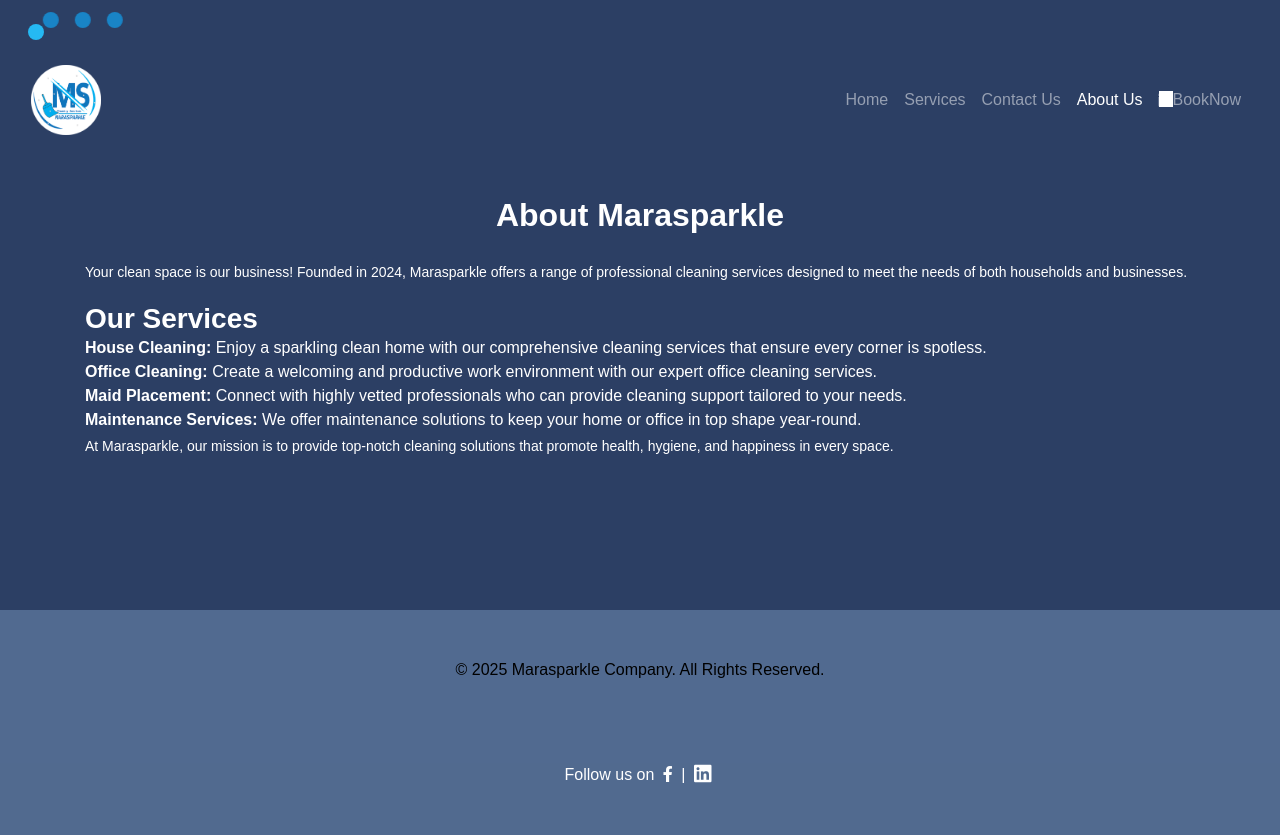
Repository: guineveretim/sparkle
Page: http://localhost/about/
An editor plug-in stored every save of this project. The page is shown before and after the next save, followed by the edit.
The browser window is 1280 px wide. The pictures show the whole page.
The page is served by the project's application, run on Django 5.2 (manage.py). Other server files are loaded and not shown.

Above is the page before, as saved 2025-03-26 14:27:17.

### templates/application/about.html
{% load static%}
<!DOCTYPE html>
<html lang="en">

<head>
    <meta charset="utf-8">
    <meta name="viewport" content="width=device-width, initial-scale=1, shrink-to-fit=no">


    <title>{% block title %}Marasparkle{% endblock %}</title>

     <!-- Font Awesome CDN -->
    <link rel="stylesheet" href="https://cdnjs.cloudflare.com/ajax/libs/font-awesome/6.0.0-beta3/css/all.min.css">

    <!--Google fomts-->
    <link href="https://fonts.googleapis.com/css2?family=Roboto:wght@400&display=swap" rel="stylesheet">

    <!-- Bootstrap core CSS -->
    <link rel="stylesheet" href="https://cdn.jsdelivr.net/npm/bootstrap@4.1.3/dist/css/bootstrap.min.css" integrity="sha384-MCw98/SFnGE8fJT3GXwEOngsV7Zt27NXFoaoApmYm81iuXoPkFOJwJ8ERdknLPMO" crossorigin="anonymous">



    <link rel="stylesheet" href="{% static 'assets/css/templatemo-villa-agency.css' %}">


</head>

<body>
    <!-- ***** Preloader Start ***** -->
    <div id="js-preloader" class="js-preloader">
        <div class="preloader-inner">
            <span class="dot"></span>
            <div class="dots">
                <span></span>
                <span></span>
                <span></span>
            </div>
        </div>
    </div>
    <!-- ***** Preloader End ***** -->



    <!-- ***** Header Area Start ***** -->
        <nav class="navbar navbar-expand-lg navbar-dark sticky-top" style="background-color: #2c3f64;">
            <div class="container-fluid">
            <a class="navbar-brand" href="{% url 'home' %}">
                <img src="{% static 'icons/Maralog.png' %}" style="width:70px;">
            </a>
            <button class="navbar-toggler" type="button" data-toggle="collapse" data-target="#navbarNav" aria-controls="navbarNav" aria-expanded="false" aria-label="Toggle navigation">
                <span class="navbar-toggler-icon"></span>
            </button>

            <div class="collapse navbar-collapse" id="navbarNav">
                <ul  class="navbar-nav ml-auto">
                    <li class="nav-item">
                        <a class="nav-link" href="{% url 'home' %}">Home <span class="sr-only">(current)</span></a>
                    </li>
                    <li class="nav-item">
                        <a class="nav-link" href="{% url 'services_details' %}">Services</a>
                    </li>

                    <li class="nav-item">
                        <a class="nav-link" href="{% url 'contact' %}">Contact Us</a>
                    </li>
                    <li class="nav-item active">
                        <a class="nav-link" href="{% url 'about' %}">About Us</a>
                    </li>
                    <li class="nav-item">
                        <a class="nav-link" href="{% url 'login' %}"><i class="fas fa-calendar" style="background-color: rgb(255, 255, 255);"></i>BookNow</a>
                    </li>
                </ul>
            </div>
        </div>
        </nav>

    <!-- ***** Header Area End ***** -->

      <!-- ***** About Section Start ***** -->
      <div class="container mt-5 text-white">
        <h2 class="text-center mb-4" style="color:white;">About Marasparkle</h2>
        <p style="color:white;">Your clean space is our business! Founded in 2024, Marasparkle offers a range of professional cleaning services designed to meet the needs of both households and businesses.</p>

        <h3 style="color:white;">Our Services</h3>
        <ul>
            <li><strong>House Cleaning:</strong> Enjoy a sparkling clean home with our comprehensive cleaning services that ensure every corner is spotless.</li>
            <li><strong>Office Cleaning:</strong> Create a welcoming and productive work environment with our expert office cleaning services.</li>
            <li><strong>Maid Placement:</strong> Connect with highly vetted professionals who can provide cleaning support tailored to your needs.</li>
            <li><strong>Maintenance Services:</strong> We offer maintenance solutions to keep your home or office in top shape year-round.</li>
        </ul>

        <p style="color:white;">At Marasparkle, our mission is to provide top-notch cleaning solutions that promote health, hygiene, and happiness in every space.</p>
    </div>
    <!-- ***** About Section End ***** -->

    <footer class="footer text-center" style="background-color: rgba(166, 206, 243, 0.3); padding: 10px 0;">
        <div class="container-fluid">
            <div class="row">
                <div class="col-12">
                    <p style="color: black; margin: 0;">© 2025 Marasparkle Company. All Rights Reserved.</p> <!-- Set margin to zero -->
                </div>
                <div class="col-12">
                    <p style="color: white; margin: 5px 0 0 0;"> <!-- Add a small top margin to the second paragraph -->
                        Follow us on
                        <a href="https://www.facebook.com/profile.php?id=61573551016908" class="mx-1 text-white" aria-label="Follow us on Facebook">
                            <i class="fab fa-facebook-f"></i>
                        </a>
                        <span>|</span>
                        <a href="https://linkedin.com" class="mx-1 text-white" aria-label="Follow us on LinkedIn">
                            <i class="fab fa-linkedin fa-lg"></i>
                        </a>
                    </p>
                </div>
            </div>
        </div>
    </footer>




<!-- jQuery first, then Popper.js, then Bootstrap JS -->
<script src="https://code.jquery.com/jquery-3.3.1.slim.min.js" integrity="sha384-q8i/X+965DzO0rT7abK41JStQIAqVgRVzpbzo5smXKp4YfRvH+8abtTE1Pi6jizo" crossorigin="anonymous"></script>
<script src="https://cdn.jsdelivr.net/npm/popper.js@1.14.3/dist/umd/popper.min.js" integrity="sha384-ZMP7rVo3mIykV+2+9J3UJ46jBk0WLaUAdn689aCwoqbBJiSnjAK/l8WvCWPIPm49" crossorigin="anonymous"></script>
<script src="https://cdn.jsdelivr.net/npm/bootstrap@4.1.3/dist/js/bootstrap.min.js" integrity="sha384-ChfqqxuZUCnJSK3+MXmPNIyE6ZbWh2IMqE241rYiqJxyMiZ6OW/JmZQ5stwEULTy" crossorigin="anonymous"></script>
</body>

</html>

### marasparkle/views.py

from django.shortcuts import redirect, render
from django.contrib.auth import authenticate, login
from .forms import RegisterForm, LoginForm
from django.contrib.auth.decorators import login_required
from django.contrib import messages
from .forms import BookingForm



def home(request):
  return render(request, 'home.html')

def Service(request):
    return render(request, 'application/services.html')


def contact(request):
    return render(request, 'application/contact.html')

def about_view(request):
    return render(request, 'application/about.html')


def register(request):
   if request.method == 'POST':
       form = RegisterForm(request.POST)
       if form.is_valid():
           user = form.save()
           login(request, user)
           return redirect('login')
   else:
       form = RegisterForm()
   return render(request, 'authentication/register.html', {'form': form})

def login_view(request):
    if request.method == 'POST':
        form = LoginForm(data=request.POST)
        if form.is_valid():
            username = form.cleaned_data.get('username')
            password = form.cleaned_data.get('password')
            user = authenticate(request, username=username, password=password)
            if user is not None:
                login(request, user)
                return redirect('bookings')
            else:

                messages.error(request, 'Invalid username or password.')
    else:
        form = LoginForm()
    return render(request, 'authentication/login.html', {'form': form})


@login_required
def create_booking(request):
    if request.method == 'POST':
        form = BookingForm(request.POST)
        if form.is_valid():
            booking = form.save(commit=False)
            booking.user = request.user
            booking.save()
            return redirect('booking_success')
    else:
        form = BookingForm()

    return render(request,'accounts/booking.html', {'form':form})

### marasparkleweb/urls.py
"""
URL configuration for marasparkleweb project.

The `urlpatterns` list routes URLs to views. For more information please see:
    https://docs.djangoproject.com/en/5.1/topics/http/urls/
Examples:
Function views
    1. Add an import:  from my_app import views
    2. Add a URL to urlpatterns:  path('', views.home, name='home')
Class-based views
    1. Add an import:  from other_app.views import Home
    2. Add a URL to urlpatterns:  path('', Home.as_view(), name='home')
Including another URLconf
    1. Import the include() function: from django.urls import include, path
    2. Add a URL to urlpatterns:  path('blog/', include('blog.urls'))
"""
from django.contrib import admin
from django.urls import include, path

urlpatterns = [
    path('admin/', admin.site.urls),
    path('', include('marasparkle.urls')),
]

### marasparkle/urls.py
from django.urls import path

from marasparkle.forms import ResetPasswordConfirmForm, ResetPasswordForm
from . import views
from django.contrib.auth import views as auth_views


urlpatterns = [
    path('', views.home, name='home'),
    path('about/',views.about_view, name='about'),
    path('services/',views.Service,name='services_details'),
    path('login/', views.login_view, name= 'login'),
    path('register/', views.register, name='register'),
    path('contact/', views.contact, name='contact'),

    path('password_reset/', auth_views.PasswordResetView.as_view(
        template_name='authentication/password_reset.html',
        form_class=ResetPasswordForm
    ), name='password_reset'),


    path('password_reset_done/', auth_views.PasswordResetDoneView.as_view(
        template_name='authentication/password_reset_done.html'
    ), name='password_reset_done'),


    path('password_reset_confirm/<uidb64>/<token>/', auth_views.PasswordResetConfirmView.as_view(
        template_name='authentication/password_reset_confirm.html',
        form_class=ResetPasswordConfirmForm
    ), name='password_reset_confirm'),

    path('password_reset_complete/', auth_views.PasswordResetCompleteView.as_view(
        template_name='authentication/password_reset_complete.html'
    ), name='password_reset_complete'),

    path('booking/',views.create_booking, name= 'bookings'),



]

Loaded but not shown: static/assets/css/templatemo-villa-agency.css (990 lines, source omitted)

After the next save:
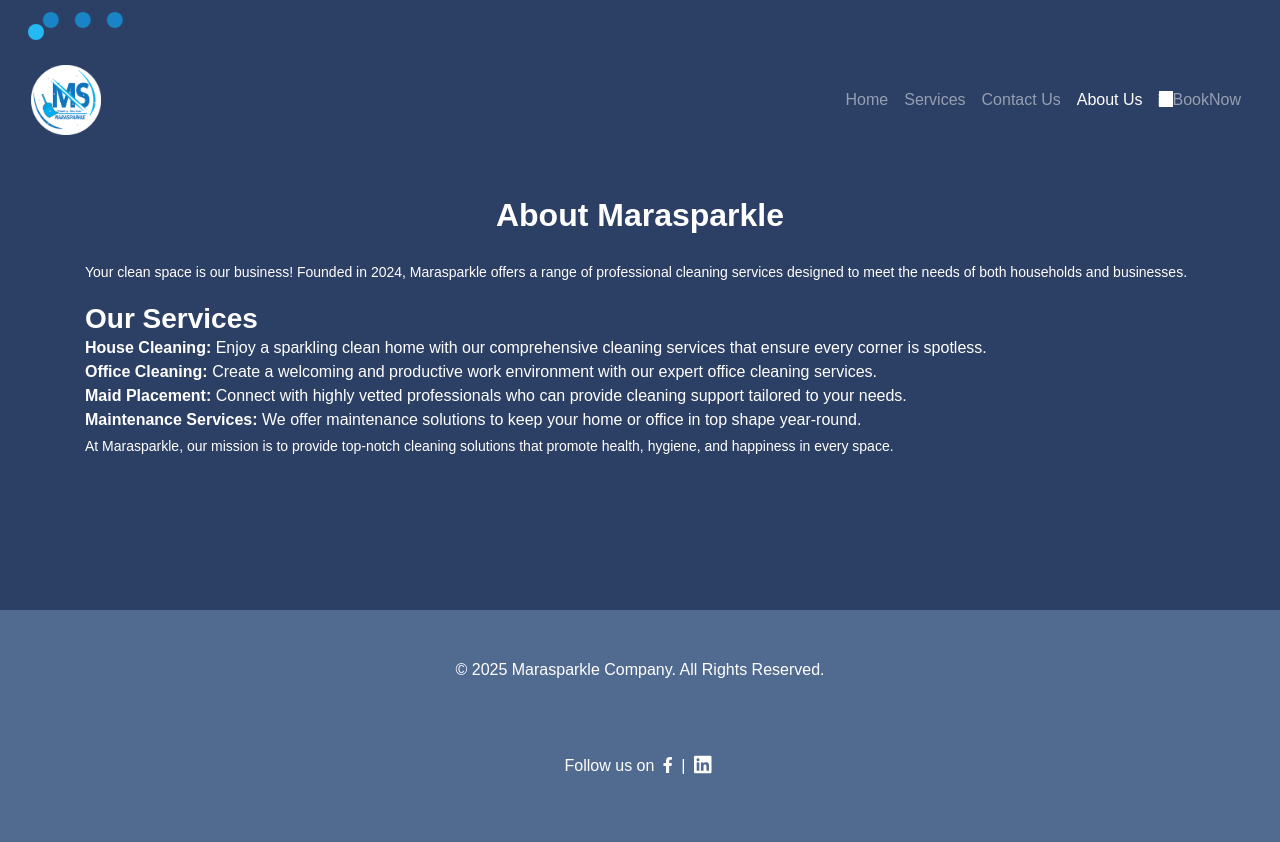
Saved 75 s later.
--- a/templates/application/about.html
+++ b/templates/application/about.html
@@ -97,10 +97,10 @@
         <div class="container-fluid">
             <div class="row">
                 <div class="col-12">
-                    <p style="color: black; margin: 0;">© 2025 Marasparkle Company. All Rights Reserved.</p> <!-- Set margin to zero -->
+                    <p>© 2025 Marasparkle Company. All Rights Reserved.</p>
                 </div>
-                <div class="col-12">
-                    <p style="color: white; margin: 5px 0 0 0;"> <!-- Add a small top margin to the second paragraph -->
+                <div class="col-12" style="margin-top: -20px;">
+                    <p style="color: white;">
                         Follow us on
                         <a href="https://www.facebook.com/profile.php?id=61573551016908" class="mx-1 text-white" aria-label="Follow us on Facebook">
                             <i class="fab fa-facebook-f"></i>
